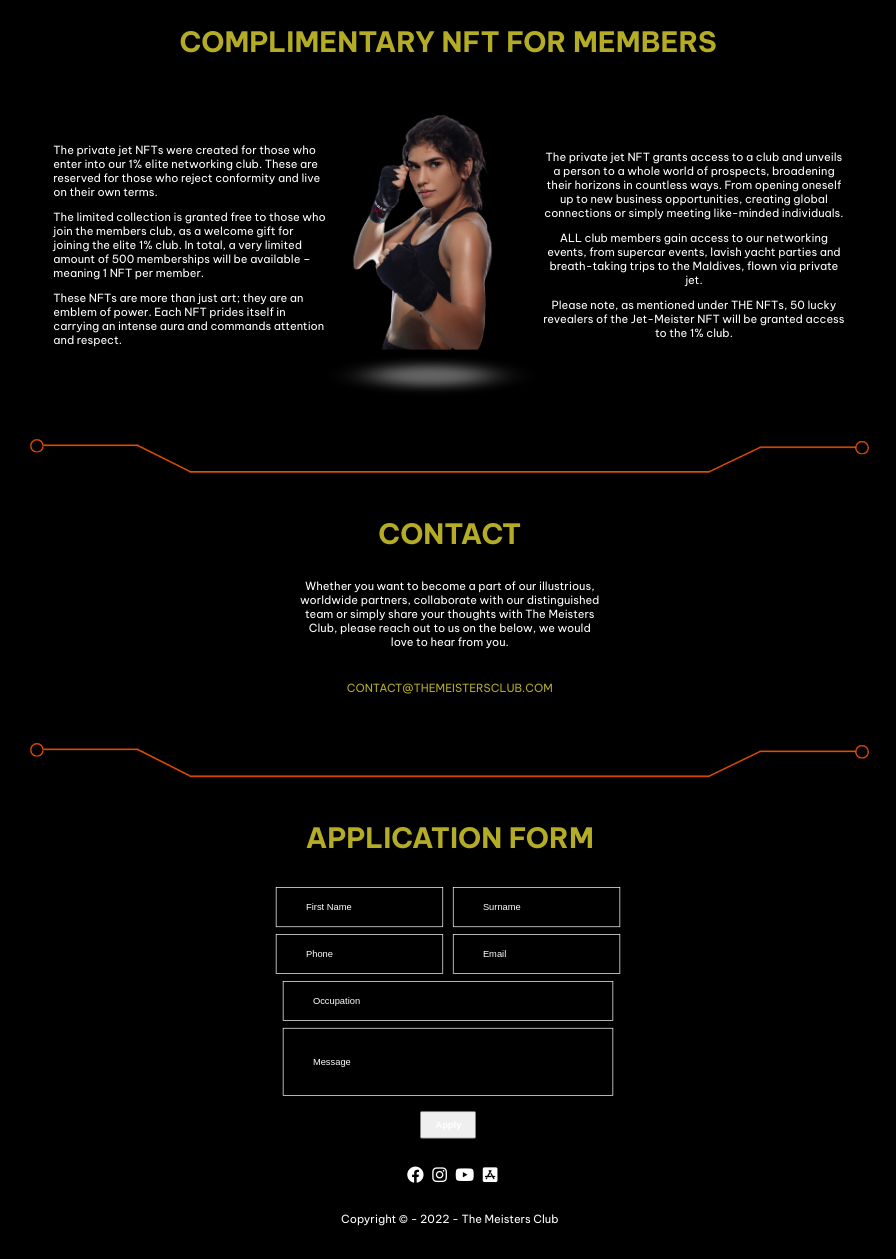
Repository: milot-morina/ds-boxing
Page: DS-Portfolio/index.html
The author's editor kept a copy of each file at every save. The page is drawn from the files as they stood at one save, then again after the next save.
The browser window is 1280 px wide. The pictures show the part of the page from y = 2159 to 4079 px (the page is 3957 px tall before and 4079 px after), at 70% of full size.
A picture or video elsewhere on the page could not be fetched, so the positions and the page height are approximate.

Above is the page before, as saved 2023-03-20 22:15:49.

After the next save:
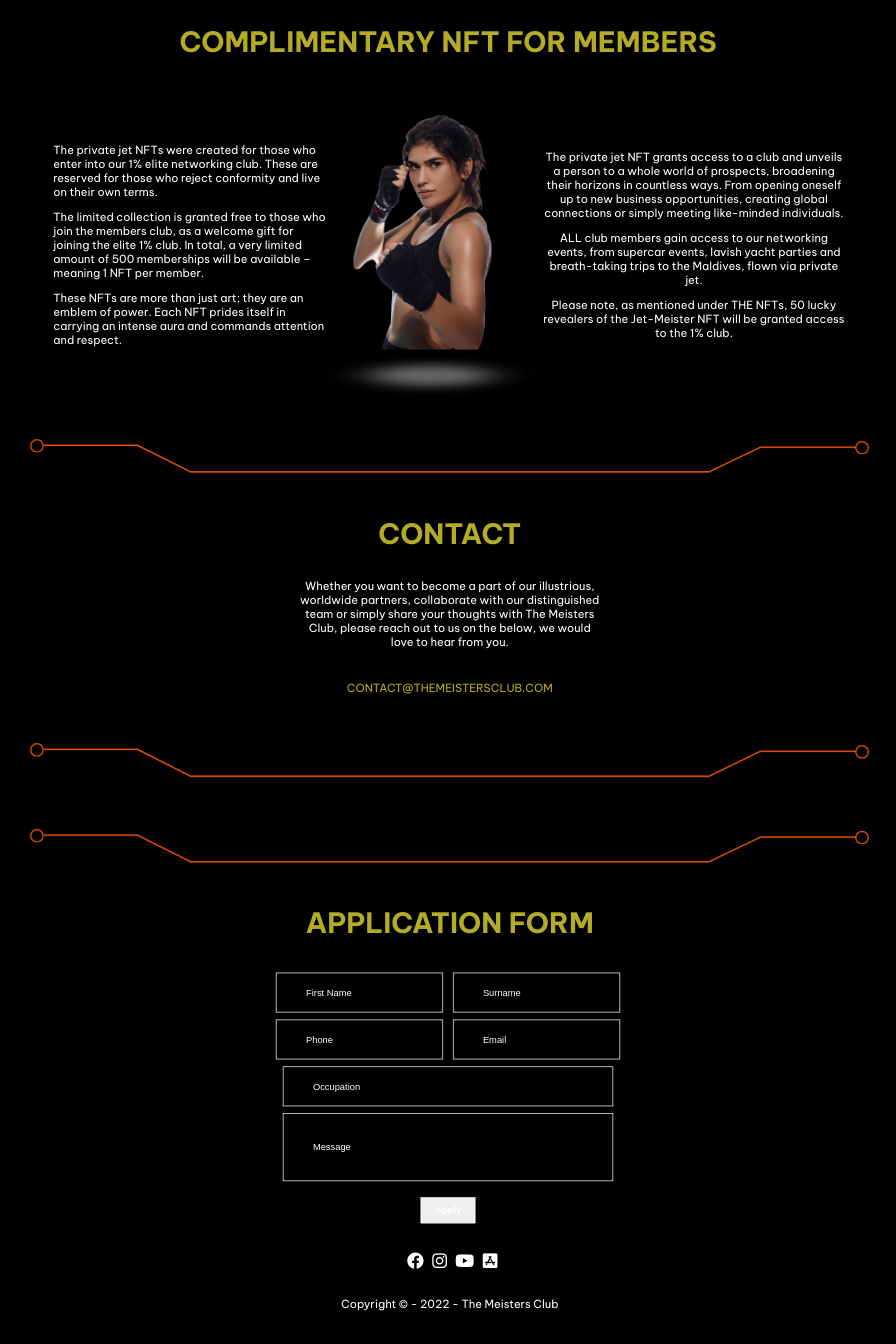
Saved 22 s later.
--- a/DS-Portfolio/index.html
+++ b/DS-Portfolio/index.html
@@ -136,7 +136,7 @@
 
 
 
-
+ <img src="separator2.png" alt="" width="100%" style="margin-top: 30px;">
 
   <section class="section6 container" id="form">
     <div class="text">

After the save that followed:
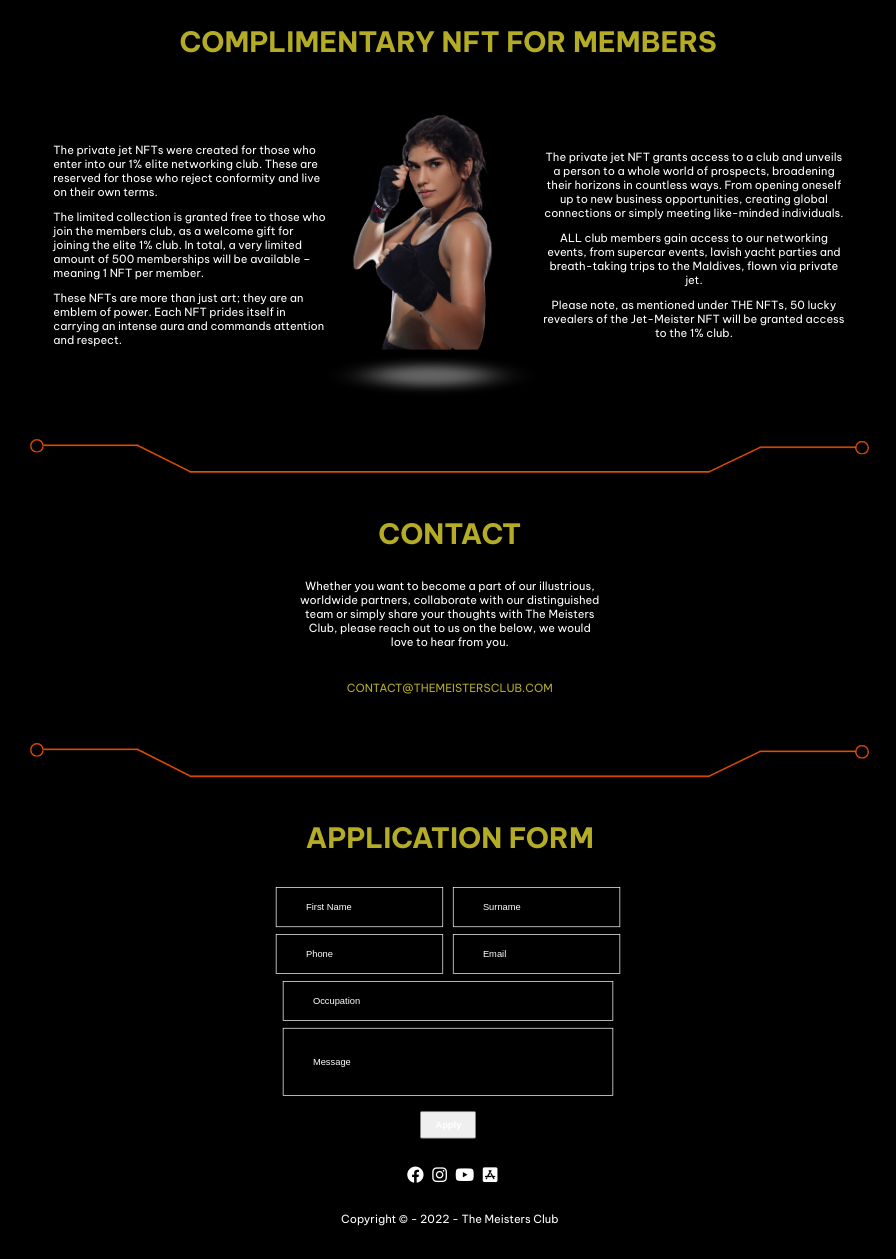
Saved 4 s later.
--- a/DS-Portfolio/index.html
+++ b/DS-Portfolio/index.html
@@ -132,7 +132,7 @@
   </section>
 
 
-  <img src="/Project 7/separator2.png" alt="" width="100%" style="margin-top: 30px;">
+
 
 
 
